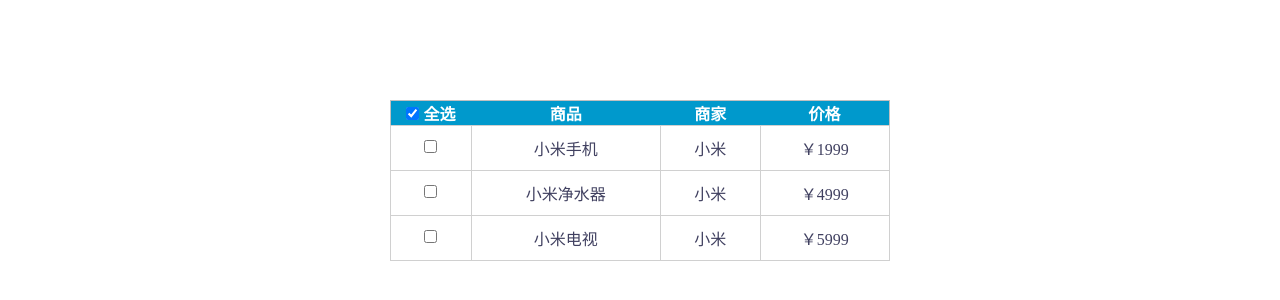
Repository: 319226862/wyy
Page: JavaScript/radio.html
These files come from the project's save history. The page is drawn as it stood at one moment and after the next save; the edit follows.
The browser window is 1280 px wide. The pictures show the whole page.
After loading, the first visible `#checkAll` was clicked once.

Above is the page before, as saved 2023-07-20 16:58:56.

After the next save:
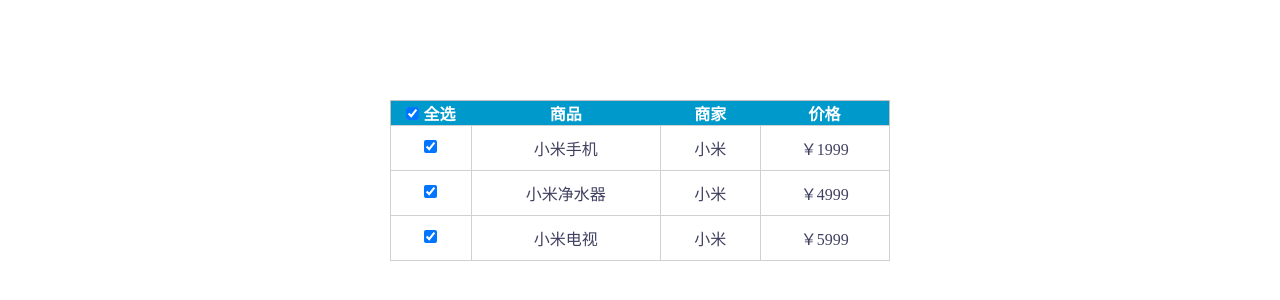
Saved 45 s later.
--- a/JavaScript/radio.html
+++ b/JavaScript/radio.html
@@ -80,7 +80,7 @@
     checkAll.addEventListener('click',function(){
         if(checkAll.checked){
             for (let i = 0; i < cks.length; i++) {
-                cks[i].checked
+                cks[i].checked = true
                 console.log(cks[i]);
             }
         }
